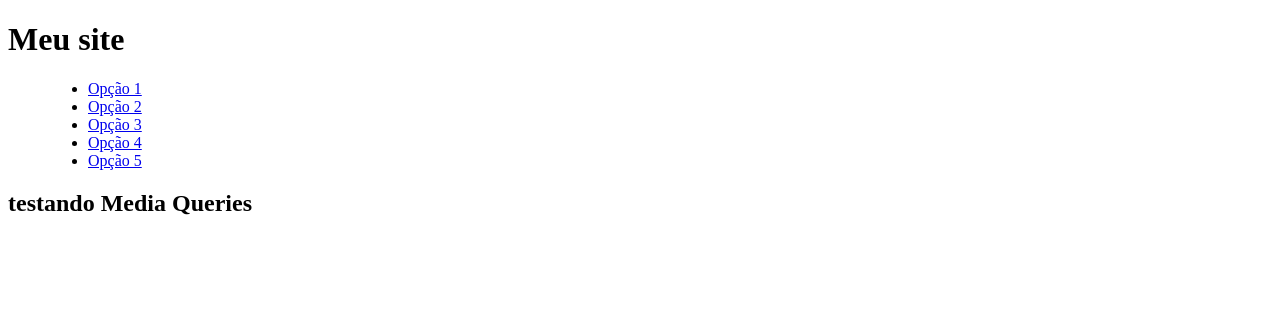
Repository: Sandro1969-tech/menu-hamburger
Page: index.html
The author's editor kept a copy of each file at every save. The page is drawn from the files as they stood at one save, then again after the next save.
The browser window is 1280 px wide. The pictures show the whole page.

Above is the page before, as saved 2025-12-25 17:46:36.

### index.html
<!DOCTYPE html>
<html lang="pt-br">
<head>
    <meta charset="UTF-8">
    <meta name="viewport" content="width=device-width, initial-scale=1.0">
    <title>Media Queries</title>
</head>
<body>
  <header>
    <main>
            <h1>Meu site</h1>
            <menu>
                <ul>
                    <li><a href="#">Opção 1</a></li>
                    <li><a href="#">Opção 2</a></li>
                    <li><a href="#">Opção 3</a></li>
                    <li><a href="#">Opção 4</a></li>
                    <li><a href="#">Opção 5</a></li>
                </ul>
            </menu>
                <article>
                    <h2>testando Media Queries</h2>

                </article>
    </main>
  </header>
</body>
</html>

After the next save:
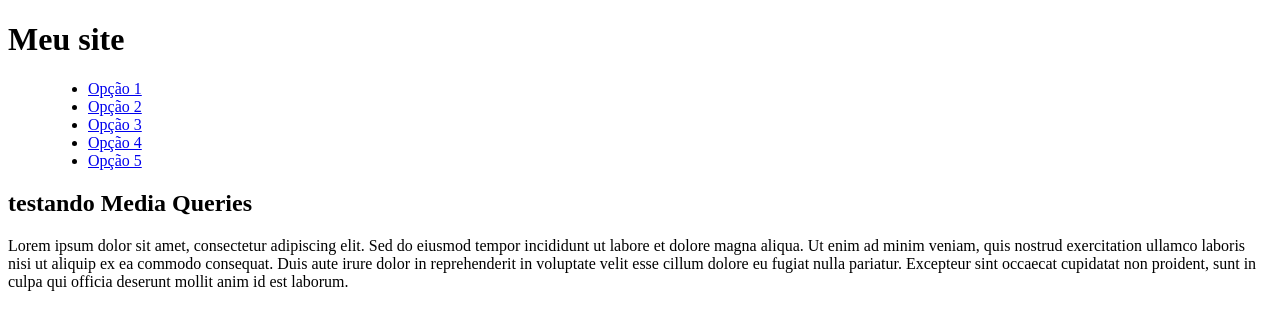
Saved 5 s later.
--- a/index.html
+++ b/index.html
@@ -20,7 +20,7 @@
             </menu>
                 <article>
                     <h2>testando Media Queries</h2>
-
+                    <p>Lorem ipsum dolor sit amet, consectetur adipiscing elit. Sed do eiusmod tempor incididunt ut labore et dolore magna aliqua. Ut enim ad minim veniam, quis nostrud exercitation ullamco laboris nisi ut aliquip ex ea commodo consequat. Duis aute irure dolor in reprehenderit in voluptate velit esse cillum dolore eu fugiat nulla pariatur. Excepteur sint occaecat cupidatat non proident, sunt in culpa qui officia deserunt mollit anim id est laborum.</p>
                 </article>
     </main>
   </header>
